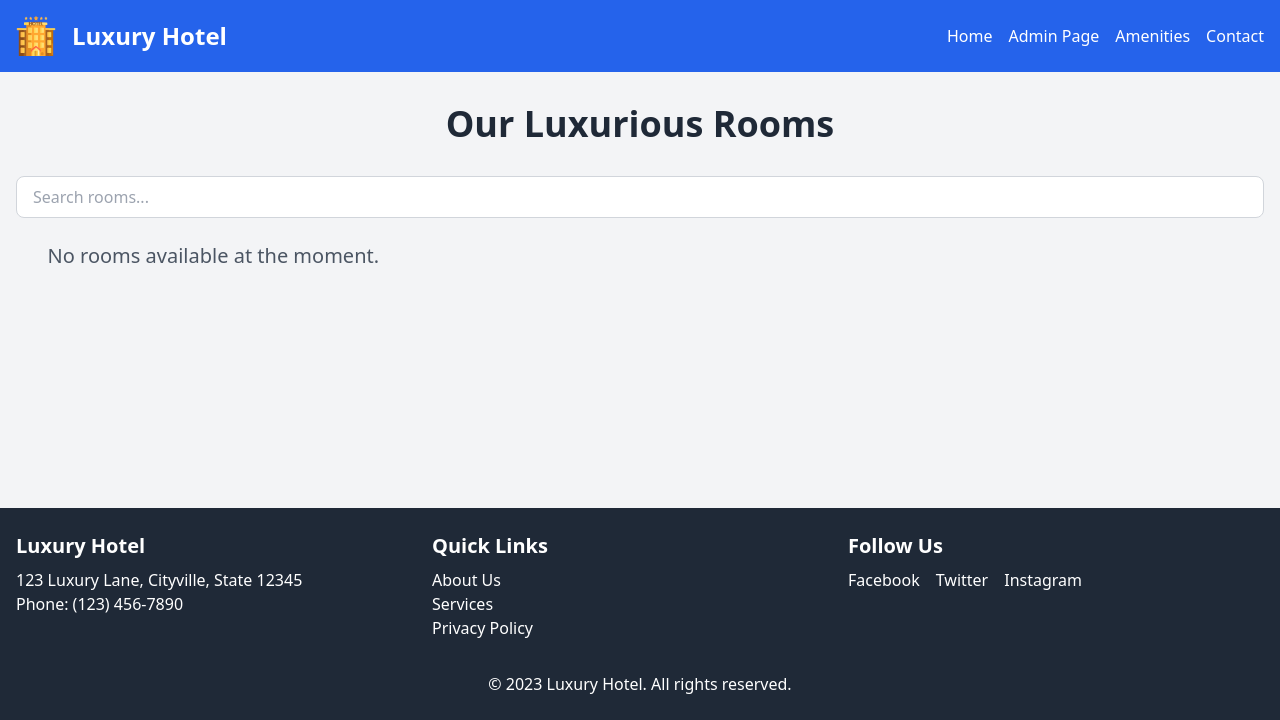
Repository: LeTiepTuyen/hw4_hotel_admin_letieptuyen
Page: index.html
These files come from the project's save history. The page is drawn as it stood at one moment and after the next save; the edit follows.
The browser window is 1280 px wide. The pictures show the whole page.
Some web libraries are served in a nearby version.

Above is the page before, as saved 2024-10-08 17:20:46.

After the next save:
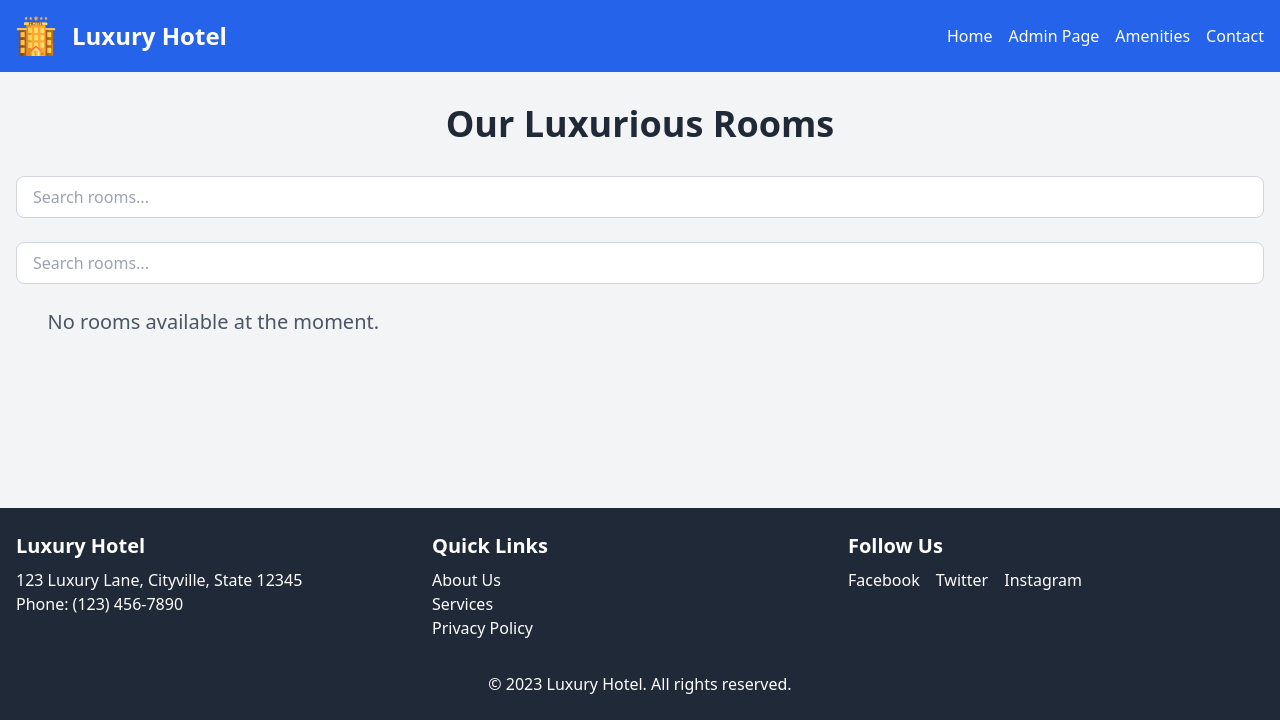
Saved 41 s later.
--- a/index.html
+++ b/index.html
@@ -27,6 +27,15 @@
     <main class="flex-grow">
       <div class="container mx-auto px-4 py-8">
         <h2 class="text-4xl font-bold text-center mb-8 text-gray-800">Our Luxurious Rooms</h2>
+        <!-- Add search bar -->
+        <div class="mb-6">
+          <input
+            type="text"
+            id="room-search"
+            placeholder="Search rooms..."
+            class="w-full px-4 py-2 rounded-lg border border-gray-300 focus:outline-none focus:ring-2 focus:ring-blue-500"
+          />
+        </div>
         <div class="mb-6">
           <input
             type="text"
